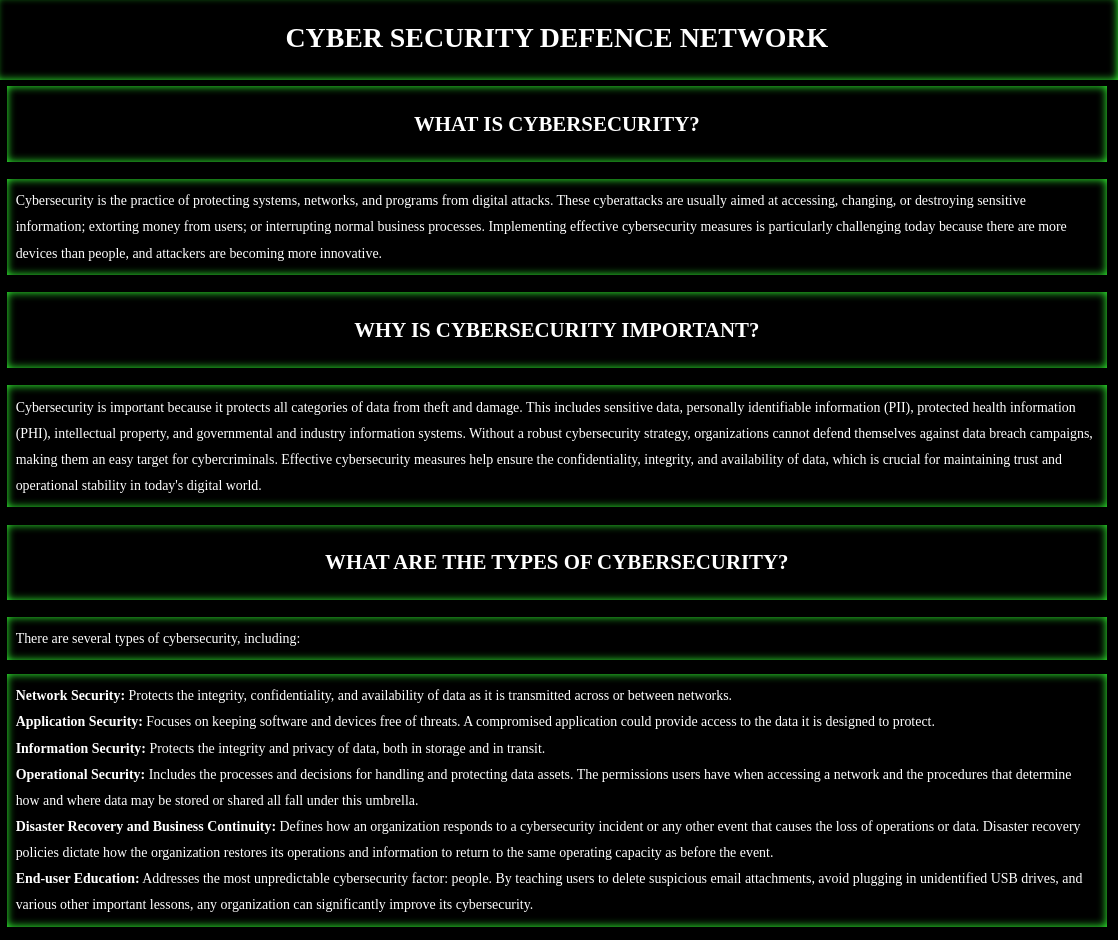
Repository: newworldhost/nwh
Page: index.html
These files come from the project's save history. The page is drawn as it stood at one moment and after a run of saves; the edit follows.
The browser window is 1280 px wide. The page is 1285 px wide, so the pictures cover 1285 px, including what lies to the right of the window. The pictures show the whole page, at 87% of full size.

Above is the page before, as saved 2025-03-04 15:46:17.

### index.html
<!DOCTYPE html>
<html lang="en">
<head>
    <meta charset="UTF-8">
    <meta name="viewport" content="width=device-width, initial-scale=1.0">
    <meta name="author" content="cyber security defence network">
    <meta name="description" content="cyber security defence network">
    <meta name="keywords" content="cyber security defence network">
    <link rel="stylesheet" href="style.css">
    <title>cyber security defence network</title>
</head>
<body>
    <h1>cyber security defence network</h1>

    <h2>What is cybersecurity?</h2>
    <p>Cybersecurity is the practice of protecting systems, networks, and programs from digital attacks. These cyberattacks are usually aimed at accessing, changing, or destroying sensitive information; extorting money from users; or interrupting normal business processes. Implementing effective cybersecurity measures is particularly challenging today because there are more devices than people, and attackers are becoming more innovative.</p>
    <h2>Why is cybersecurity important?</h2>
    <p>Cybersecurity is important because it protects all categories of data from theft and damage. This includes sensitive data, personally identifiable information (PII), protected health information (PHI), intellectual property, and governmental and industry information systems. Without a robust cybersecurity strategy, organizations cannot defend themselves against data breach campaigns, making them an easy target for cybercriminals. Effective cybersecurity measures help ensure the confidentiality, integrity, and availability of data, which is crucial for maintaining trust and operational stability in today's digital world.</p>
    <h2>What are the types of cybersecurity?</h2>
    <p>There are several types of cybersecurity, including:</p>
    <ul>
        <li><strong>Network Security:</strong> Protects the integrity, confidentiality, and availability of data as it is transmitted across or between networks.</li>
        <li><strong>Application Security:</strong> Focuses on keeping software and devices free of threats. A compromised application could provide access to the data it is designed to protect.</li>
        <li><strong>Information Security:</strong> Protects the integrity and privacy of data, both in storage and in transit.</li>
        <li><strong>Operational Security:</strong> Includes the processes and decisions for handling and protecting data assets. The permissions users have when accessing a network and the procedures that determine how and where data may be stored or shared all fall under this umbrella.</li>
        <li><strong>Disaster Recovery and Business Continuity:</strong> Defines how an organization responds to a cybersecurity incident or any other event that causes the loss of operations or data. Disaster recovery policies dictate how the organization restores its operations and information to return to the same operating capacity as before the event.</li>
        <li><strong>End-user Education:</strong> Addresses the most unpredictable cybersecurity factor: people. By teaching users to delete suspicious email attachments, avoid plugging in unidentified USB drives, and various other important lessons, any organization can significantly improve its cybersecurity.</li>
    </ul>
</body>
</html>

### style.css
h1 {
    text-align: center;
    background-color: black;
    color:white;
    padding:30px;
    text-transform: uppercase;
    box-shadow: inset 0 0 10px #33ff33;
    margin:-13px;
}
h2 {
    text-align: center;
    background-color: black;
    color:white;
    padding:30px;
    text-transform: uppercase;
    box-shadow: inset 0 0 10px #33ff33;
}
p, ul {
    background-color:black;
    color:white;
    padding:10px;
    box-shadow: inset 0 0 10px #33ff33;
    line-height: 30px;
    list-style-type: none;
}
body {
    background-color:black;
}

After the next 2 saves:
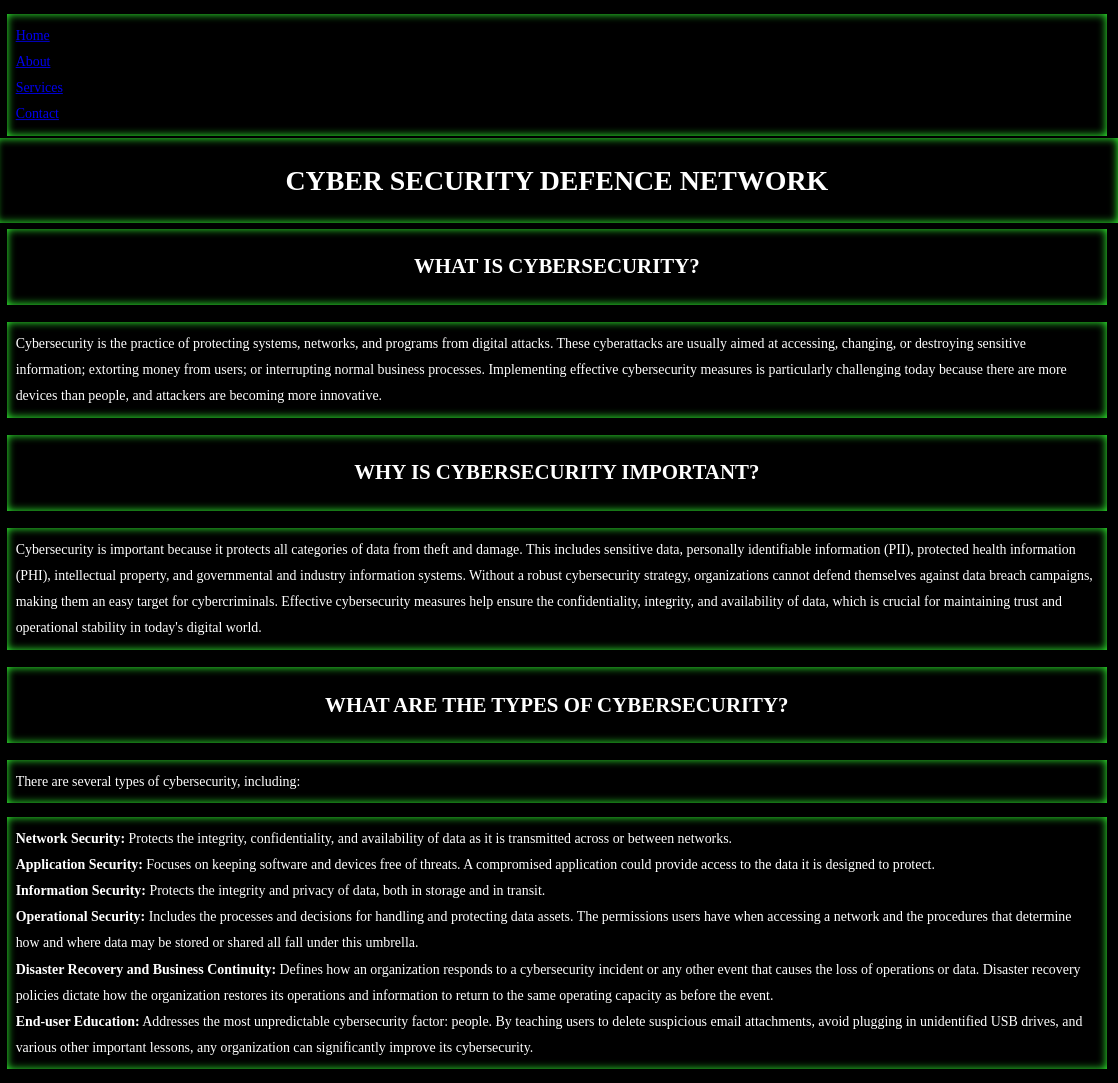
The 2 saves are shown as one change because they came seconds apart.
The last was saved 98 s later.
--- a/index.html
+++ b/index.html
@@ -10,6 +10,15 @@
     <title>cyber security defence network</title>
 </head>
 <body>
+    <header>
+        <nav>
+            <ul>
+                <li><a href="index.html">Home</a></li>
+                <li><a href="about.html">About</a></li>
+                <li><a href="services.html">Services</a></li>
+                <li><a href="contact.html">Contact</a></li>
+            </ul>
+        </nav>
     <h1>cyber security defence network</h1>
 
     <h2>What is cybersecurity?</h2>
